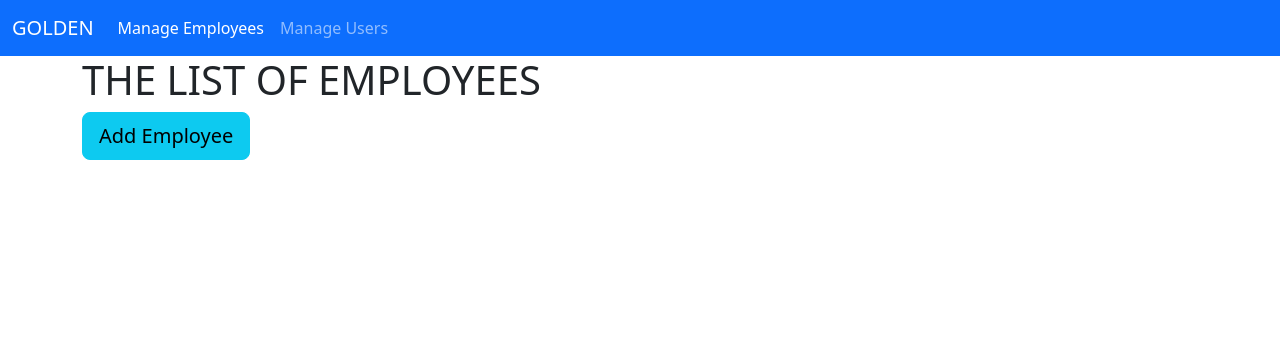
Repository: owuraku/DBC28.1
Page: http://localhost/employees
An editor plug-in stored every save of this project. The page is shown before and after the next save, followed by the edit.
The browser window is 1280 px wide. The pictures show the whole page.
The page is served by the project's Laravel application, run on PHP 8.4 with Laravel 10. Other server files are loaded and not shown.

Above is the page before, as saved 2023-05-23 09:13:20.

### routes/web.php
<?php

use App\Http\Controllers\EmployeeController;
use App\Http\Controllers\FirstController;
use Illuminate\Support\Facades\Route;

/*
|--------------------------------------------------------------------------
| Web Routes
|--------------------------------------------------------------------------
|
| Here is where you can register web routes for your application. These
| routes are loaded by the RouteServiceProvider and all of them will
| be assigned to the "web" middleware group. Make something great!
|
*/

Route::get('/', function () {
    return view('welcome');
});

// Route::get('/employees', function(){
//     return "Get all employees";
// })->name('employees.index');


// Route::get('/employees/{id}', function($id){
//     return "Get employee with id of $id";
// })->whereNumber('id')->name('employees.show');

Route::get('/employees', [FirstController::class, 'myFirstControllerFunction']);



//Route prefix
// Route::prefix('/employees')
// ->name('employees.')
// ->controller(FirstController::class)
// ->group(function(){
    // Route::get('', 'myFirstControllerFunction' )->name('index');

//     Route::post('', function(){
//         return "Save employee details";
//     })->name('store');

//     Route::get('/create', function(){
//         return "Get employee create form";
//     })->name('create');

//     Route::get('/{id}', 'mySecondControllerFunction')->name('show');

//      Route::get('/edit/{id}', function($id){
//         return "Get edit form for employee with id of $id";
//     })->name('edit');

//     Route::patch('/{id}', function($id){
//         return "Edit employee id of $id";
//     })->name('update');

//      Route::delete('/{id}', function($id){
//         return "Delete employee id of $id";
//     })->name('destroy');
// });


Route::resource('/employees', EmployeeController::class);

### app/Http/Controllers/EmployeeController.php
<?php

namespace App\Http\Controllers;

use Illuminate\Http\Request;

class EmployeeController extends Controller
{
    /**
     * Display a listing of the resource.
     */
    public function index()
    {
         return view('employees.list', [
            "fullname" => "Kofi Mensah",
            "age" => 15,
            "isRegistered" => false
         ]);
        // return view('test');
        // return [
        //     [
        //         "id" => 1, "name"=> "Kofi Mensah"
        //     ],
        //      [
        //         "id" => 2, "name"=> "Adwoa Mansah"
        //     ]
        // ];
        //
    }

    /**
     * Show the form for creating a new resource.
     */
    public function create()
    {
        return view('employees.add');
        //
    }

    /**
     * Store a newly created resource in storage.
     */
    public function store(Request $request)
    {
        $validated = $request->validate([
        'last_name' => 'required|min:10',
        'first_name' => 'required|min:10',
        ]);
        //

        return $validated;
    }

    /**
     * Display the specified resource.
     */
    public function show(string $id)
    {
        //
    }

    /**
     * Show the form for editing the specified resource.
     */
    public function edit(string $id)
    {
        //
    }

    /**
     * Update the specified resource in storage.
     */
    public function update(Request $request, string $id)
    {
        //
    }

    /**
     * Remove the specified resource from storage.
     */
    public function destroy(string $id)
    {
        //
    }
}

### resources/views/employees/list.blade.php
@extends('layout.master')

@section('title', 'List of Emplyees')

@section('content')
    <h1>THE LIST OF EMPLOYEES</h1>
    <a href="{{ route('employees.create') }}" class="btn btn-info btn-lg">Add Employee</a>
@endsection

### resources/views/layout/master.blade.php
<!DOCTYPE html>
<html lang="en">

<head>
    <meta charset="UTF-8">
    <meta name="viewport" content="width=device-width, initial-scale=1.0">
    <meta http-equiv="X-UA-Compatible" content="ie=edge">
    <link href="https://cdn.jsdelivr.net/npm/bootstrap@5.3.0-alpha3/dist/css/bootstrap.min.css" rel="stylesheet"
        integrity="sha384-KK94CHFLLe+nY2dmCWGMq91rCGa5gtU4mk92HdvYe+M/SXH301p5ILy+dN9+nJOZ" crossorigin="anonymous">
    <title>
        @yield('title')
    </title>
</head>

<body>
    <main>
        @include('layout.navbar')
        <div class="container">
            @yield('content')
        </div>
    </main>

    <script src="https://cdn.jsdelivr.net/npm/bootstrap@5.3.0-alpha3/dist/js/bootstrap.bundle.min.js"
        integrity="sha384-ENjdO4Dr2bkBIFxQpeoTz1HIcje39Wm4jDKdf19U8gI4ddQ3GYNS7NTKfAdVQSZe" crossorigin="anonymous">
    </script>
</body>

</html>

### resources/views/layout/navbar.blade.php
<nav class="navbar navbar-expand-lg bg-primary" data-bs-theme="dark">
    <div class="container-fluid">
        <a class="navbar-brand" href="#">GOLDEN</a>
        <button class="navbar-toggler" type="button" data-bs-toggle="collapse" data-bs-target="#navbarSupportedContent"
            aria-controls="navbarSupportedContent" aria-expanded="false" aria-label="Toggle navigation">
            <span class="navbar-toggler-icon"></span>
        </button>
        <div class="collapse navbar-collapse" id="navbarSupportedContent">
            <ul class="navbar-nav me-auto mb-2 mb-lg-0">
                <li class="nav-item">
                    <a class="nav-link active" aria-current="page" href="{{ route('employees.index') }}">Manage
                        Employees</a>
                </li>
                <li class="nav-item">
                    <a class="nav-link" aria-current="page" href="#">Manage
                        Users</a>
                </li>
            </ul>
            {{-- <form class="d-flex" role="search">
        <input class="form-control me-2" type="search" placeholder="Search" aria-label="Search">
        <button class="btn btn-outline-success" type="submit">Search</button>
      </form> --}}
        </div>
    </div>
</nav>

Loaded but not shown: app/Http/Controllers/Controller.php (common file)

After the next save:
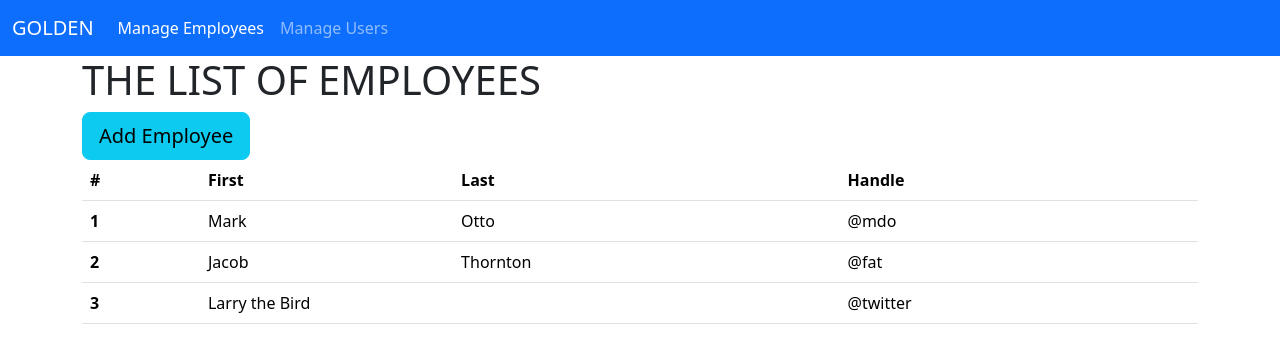
Saved 6 min 30 s later.
--- a/resources/views/employees/list.blade.php
+++ b/resources/views/employees/list.blade.php
@@ -5,4 +5,34 @@
 @section('content')
     <h1>THE LIST OF EMPLOYEES</h1>
     <a href="{{ route('employees.create') }}" class="btn btn-info btn-lg">Add Employee</a>
+
+    <table class="table">
+        <thead>
+            <tr>
+                <th scope="col">#</th>
+                <th scope="col">First</th>
+                <th scope="col">Last</th>
+                <th scope="col">Handle</th>
+            </tr>
+        </thead>
+        <tbody>
+            <tr>
+                <th scope="row">1</th>
+                <td>Mark</td>
+                <td>Otto</td>
+                <td>@mdo</td>
+            </tr>
+            <tr>
+                <th scope="row">2</th>
+                <td>Jacob</td>
+                <td>Thornton</td>
+                <td>@fat</td>
+            </tr>
+            <tr>
+                <th scope="row">3</th>
+                <td colspan="2">Larry the Bird</td>
+                <td>@twitter</td>
+            </tr>
+        </tbody>
+    </table>
 @endsection
